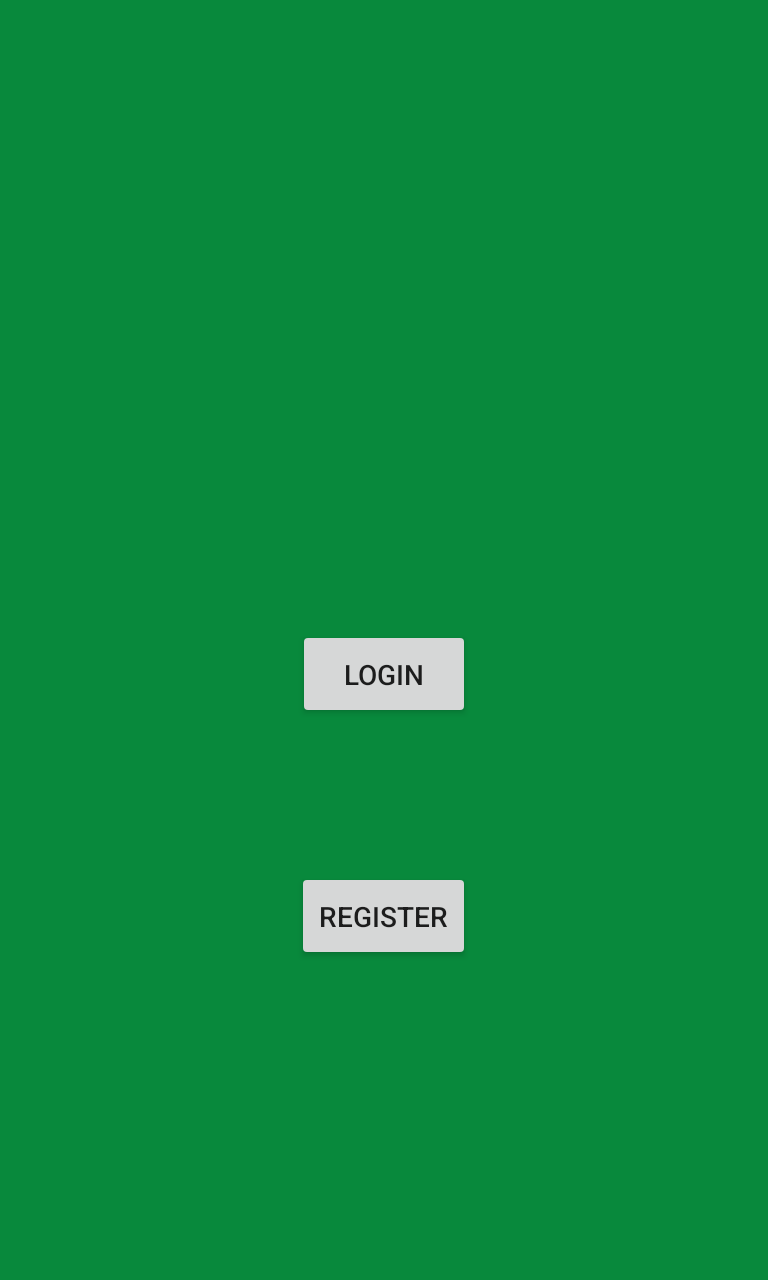
Repository: janemuthoni/icon
Layout: Exam/res/layout/welcome.xml
The author's editor kept a copy of each file at every save. The layout is drawn from the files as they stood at one save, then again after a run of saves.
It is drawn on a 768 x 1280 px phone screen (xhdpi) without system bars, with theme AppTheme; the app's code is not run.

Above is the layout before, as saved 2014-08-07 07:49:59.

After the next 4 saves:
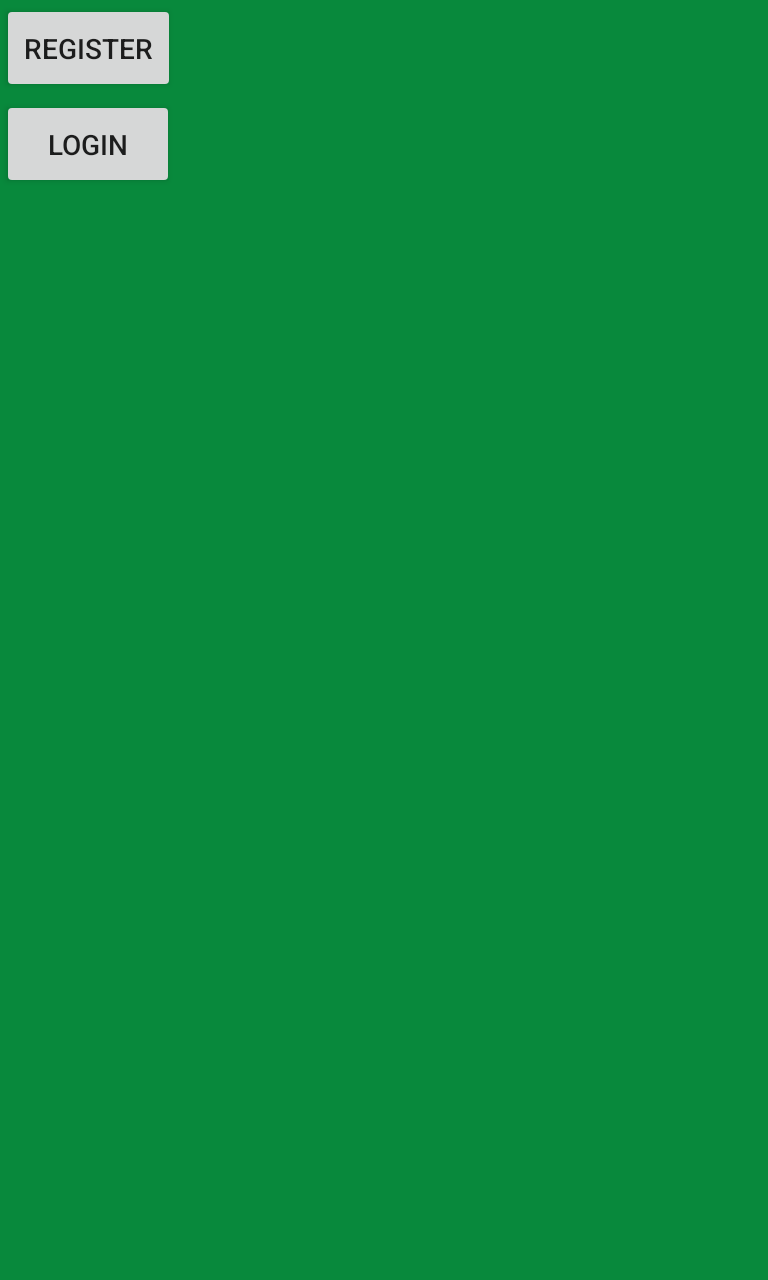
The 4 saves are shown as one change because 3 did not build or start.
The last was saved 94 s later.
--- a/Exam/res/layout/welcome.xml
+++ b/Exam/res/layout/welcome.xml
@@ -1,28 +1,20 @@
 <?xml version="1.0" encoding="utf-8"?>
-<RelativeLayout xmlns:android="http://schemas.android.com/apk/res/android"
+<LinearLayout xmlns:android="http://schemas.android.com/apk/res/android"
     android:layout_width="match_parent"
     android:layout_height="match_parent"
     android:orientation="vertical"
     android:background="@color/greengrass">
 
     <Button
+        android:id="@+id/buttonregister"
+        android:layout_width="wrap_content"
+        android:layout_height="wrap_content"
+        android:text="@string/buttonregister" />
+
+    <Button
         android:id="@+id/buttonlogin"
         android:layout_width="wrap_content"
         android:layout_height="wrap_content"
-        android:layout_above="@+id/buttonregister"
-        android:layout_centerHorizontal="true"
-        android:layout_marginBottom="73dp"
-        android:layout_marginTop="200dp"
-        android:layout_marginLeft="100dp"
         android:text="@string/buttonLogin" />
 
-    <Button
-        android:id="@+id/buttonregister"
-        android:layout_width="wrap_content"
-        android:layout_height="wrap_content"
-        android:layout_alignParentBottom="true"
-        android:layout_alignRight="@+id/buttonlogin"
-        android:layout_marginBottom="158dp"
-        android:text="@string/buttonregister" />
-
-</RelativeLayout>
+</LinearLayout>
